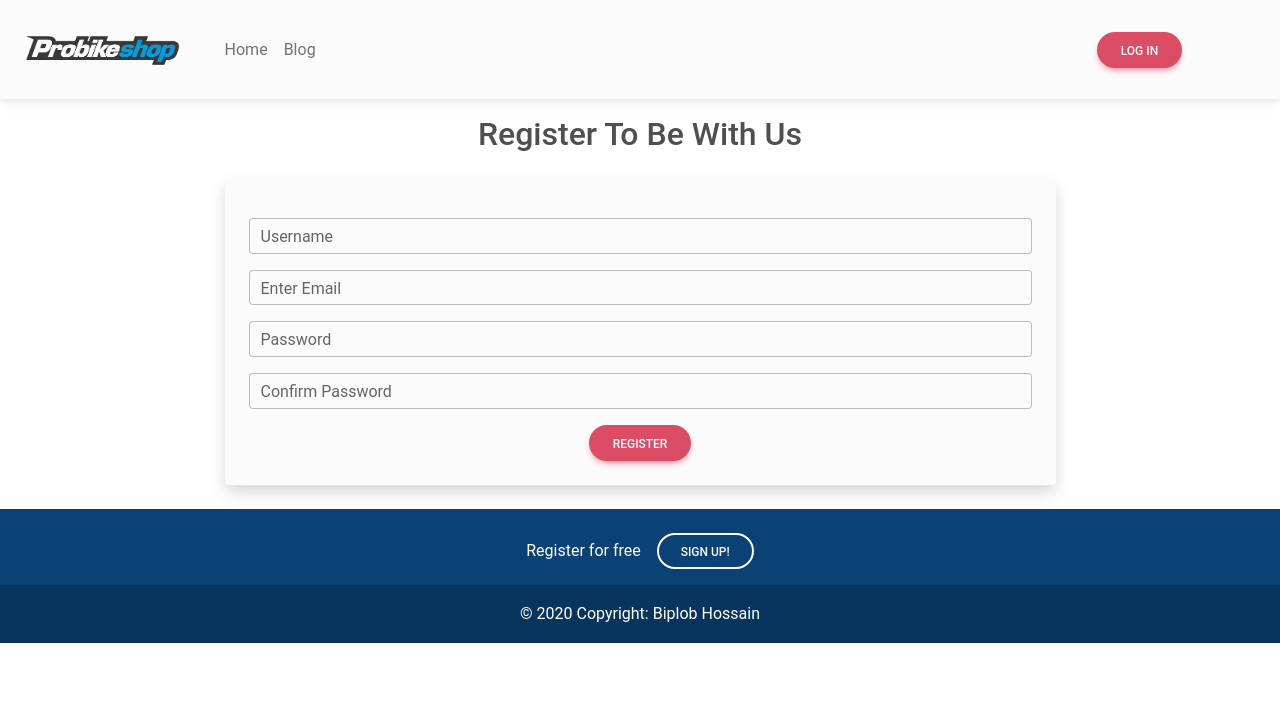
Repository: Tanvir3744/Ware-house
Page: /register
These files come from the project's save history. The page is drawn as it stood at one moment and after the next save; the edit follows.
The browser window is 1280 px wide. The pictures show the whole page.
The project was rebuilt for these pictures with package versions that can differ from the ones it lists, and the page was loaded fresh each time. Also part of the build but not shown: src/components/Home/Banner/Banner.js, src/components/Home/Home.js, src/components/Login/Login.js, src/components/Blog/Blog.js.

Above is the page before, as saved 2022-05-13 00:13:10.

### public/index.html
<!DOCTYPE html>
<html lang="en">
  <head>
    <meta charset="utf-8" />
    <link rel="icon" href="%PUBLIC_URL%/favicon.ico" />
    <meta name="viewport" content="width=device-width, initial-scale=1" />
    <meta name="theme-color" content="#000000" />
    <meta
      name="description"
      content="Web site created using create-react-app"
    />
    <link rel="apple-touch-icon" href="%PUBLIC_URL%/logo192.png" />
    <!--
      manifest.json provides metadata used when your web app is installed on a
      user's mobile device or desktop. See https://developers.google.com/web/fundamentals/web-app-manifest/
    -->
    <link rel="manifest" href="%PUBLIC_URL%/manifest.json" />
    <!--
      Notice the use of %PUBLIC_URL% in the tags above.
      It will be replaced with the URL of the `public` folder during the build.
      Only files inside the `public` folder can be referenced from the HTML.

      Unlike "/favicon.ico" or "favicon.ico", "%PUBLIC_URL%/favicon.ico" will
      work correctly both with client-side routing and a non-root public URL.
      Learn how to configure a non-root public URL by running `npm run build`.
    -->
    <title>Inventory Management Systam</title>
  </head>
  <body>
    <noscript>You need to enable JavaScript to run this app.</noscript>
    <div id="root"></div>
    <!--
      This HTML file is a template.
      If you open it directly in the browser, you will see an empty page.

      You can add webfonts, meta tags, or analytics to this file.
      The build step will place the bundled scripts into the <body> tag.

      To begin the development, run `npm start` or `yarn start`.
      To create a production bundle, use `npm run build` or `yarn build`.
    -->
  </body>
</html>

### src/App.js
import './App.css';
/* import 'bootstrap/dist/css/bootstrap.min.css';
import 'bootstrap/dist/js/bootstrap.min.js' */
import 'mdb-react-ui-kit/dist/css/mdb.min.css'
import { Routes, Route } from 'react-router-dom'
import Home from './components/Home/Home';
import Header from './components/Header/Header';
import Register from './components/Register/Register';
import Login from './components/Login/Login';
import Blog from './components/Blog/Blog';
import Footer from './components/Footer/Footer';
function App() {
  return (
    <div className="App">
      <Header></Header>
      <Routes>
        <Route path="/" element={<Home></Home>}></Route>
        <Route path ='/home' element= {<Home></Home>}></Route>
        <Route path="/register" element={<Register></Register>}></Route>
        <Route path='/login' element={<Login></Login>}></Route>
        <Route path='/blog' element={<Blog></Blog>}></Route>
      </Routes>
      <Footer></Footer>
    </div>
  );
}

export default App;

### src/components/Header/Header.js
import React, { useState } from 'react';
import {
    MDBContainer,
    MDBNavbar,
    MDBNavbarBrand,
    MDBNavbarToggler,
    MDBNavbarNav,
    MDBCollapse
} from 'mdb-react-ui-kit';
import logo from '../../images/logo.png'
import { Link } from 'react-router-dom';
import { FontAwesomeIcon } from '@fortawesome/react-fontawesome'
import { faBars } from '@fortawesome/free-solid-svg-icons'
import "./Header.css"
export default function Header() {
    const [showNavSecond, setShowNavSecond] = useState(false);

    return (
        <MDBNavbar expand='lg' light bgColor='light'>
            <MDBContainer fluid className='p-3'>
                <MDBNavbarBrand >
                    <Link to='/'><img src={logo} alt="" className="img-fluid" width={200} /></Link>
                </MDBNavbarBrand>
                <MDBNavbarToggler
                    aria-expanded='false'
                    aria-label='Toggle navigation'
                    onClick={() => setShowNavSecond(!showNavSecond)}
                >
                    <FontAwesomeIcon icon={faBars}></FontAwesomeIcon>
                </MDBNavbarToggler>
                <MDBCollapse navbar className='container' show={showNavSecond}>
                    <MDBNavbarNav className='w-75'>
                        <Link className='nav-link' to='/'>Home</Link>
                        <Link className='nav-link' to='/blog'>Blog</Link>
                    </MDBNavbarNav>
                        <div className='d-felx flex-end'>
                            <Link className='btn btn-danger rounded-pill position-relative end-25 w-100 ' to="/login"> Log In</Link>
                        </div>
                </MDBCollapse>
            </MDBContainer>
        </MDBNavbar>
    );
}

### src/components/Register/Register.js
import React from 'react';
import { MDBInput, MDBBtn } from 'mdb-react-ui-kit';
const Register = () => {
    return (
        <div>
            <div className="container">
                <div className="row">
                    <div className="col-lg-7 w-75 mx-auto">
                        <h2 className='mt-3 '>Register To Be With Us</h2>
                        <form className='mt-4 mb-4 bg-light shadow rounded p-4'>
                            <MDBInput className='mt-3' label='Username' id='typeName' type='text' name='username' required />
                            <MDBInput className='mt-3' label='Enter Email' name='email' id='typeEmail' type='email' required />
                            <MDBInput className='mt-3' label='Password' id='typePassword' type='password' name='password1' />
                            <MDBInput className='mt-3' label='Confirm Password' id='typePassword' type='password' name='password2' />
                            <MDBBtn className='rounded-pill mt-3' type='submit' color="danger ">Register</MDBBtn>
                        </form>
                    </div>
                </div>
            </div>
        </div>
    );
};

export default Register;

### src/components/Footer/Footer.js
import React from 'react';
import {
  MDBFooter,
  MDBContainer,
  MDBCol,
  MDBRow,
} from 'mdb-react-ui-kit';
import { Link } from 'react-router-dom';

export default function Footer() {
  return (
    <MDBFooter className='text-center text-white' style={{ backgroundColor: '#0a4275' }}>
      <MDBContainer className='p-4 pb-0'>
        <section className=''>
          <p className='d-flex justify-content-center align-items-center'>
            <span className='me-3'>Register for free</span>
            <Link to='/register' type='button' className='btn btn-outline-light btn-rounded'>
              Sign up!
            </Link>
          </p>
        </section>
      </MDBContainer>

      <div className='text-center p-3' style={{ backgroundColor: 'rgba(0, 0, 0, 0.2)' }}>
        © 2020 Copyright:
        <Link to='/' className='text-white '> Biplob Hossain</Link>
      </div>
    </MDBFooter>
  );
}

### src/components/Header/Header.css
.navbar-nav{
    width:85% !important;
}

### src/components/Home/Banner/Banner.css
*{
    margin:0;
    padding:0;
}
#banner-img{
    background-image:linear-gradient(to right, rgba(50, 70, 80, 0.7), rgba(30, 20, 150, 0.7)), url('https://img.freepik.com/free-photo/motorcycle-with-helmet_23-2148875785.jpg?size=626&ext=jpg&ga=GA1.2.265099126.1651845603');
    height:75vh;
    background-size:cover;
    background-position: center;
    position:relative;
    bottom:1rem;
}
/* banner text alignment with css */
#banner-text{
    margin-top:100px !important;
}

Loaded but not shown: src/index.js (common file); src/index.css (common file); src/reportWebVitals.js (common file); src/App.css (common file)

After the next save:
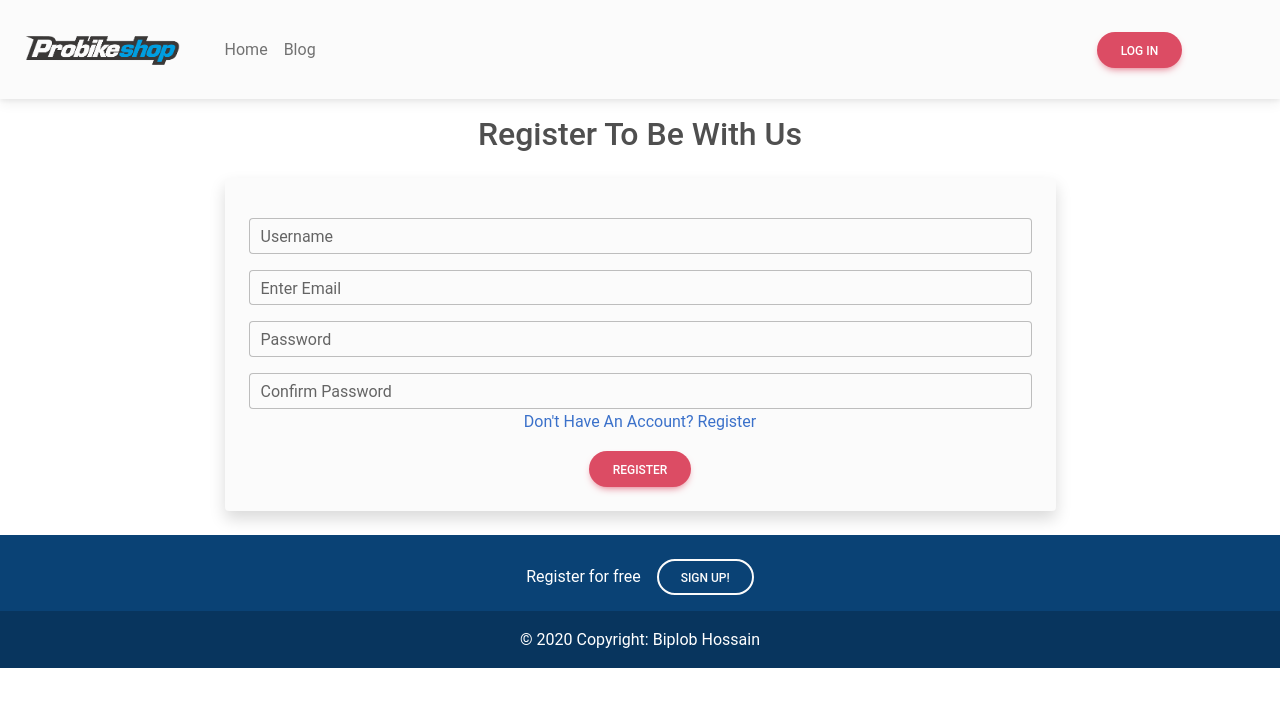
Saved 66 s later.
--- a/src/components/Register/Register.js
+++ b/src/components/Register/Register.js
@@ -1,5 +1,6 @@
 import React from 'react';
 import { MDBInput, MDBBtn } from 'mdb-react-ui-kit';
+import { Link } from 'react-router-dom';
 const Register = () => {
     return (
         <div>
@@ -12,6 +13,7 @@ const Register = () => {
                             <MDBInput className='mt-3' label='Enter Email' name='email' id='typeEmail' type='email' required />
                             <MDBInput className='mt-3' label='Password' id='typePassword' type='password' name='password1' />
                             <MDBInput className='mt-3' label='Confirm Password' id='typePassword' type='password' name='password2' />
+                            <Link className='mt-2' to='/register'>Don't Have An Account? Register</Link><br />
                             <MDBBtn className='rounded-pill mt-3' type='submit' color="danger ">Register</MDBBtn>
                         </form>
                     </div>
